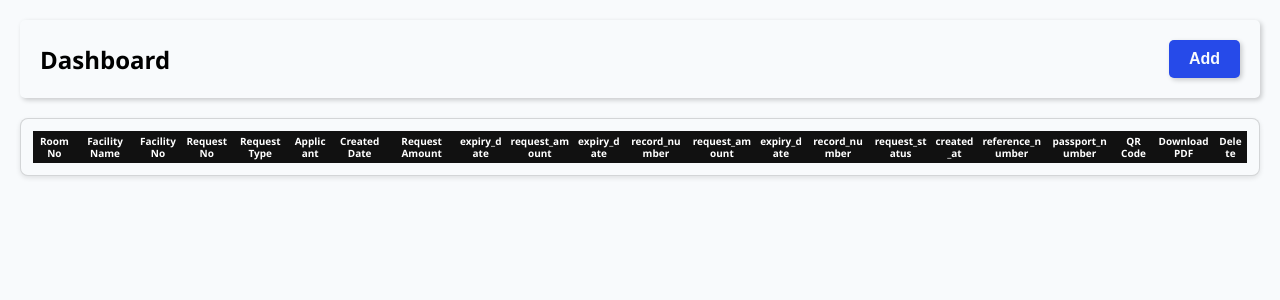
Repository: irfan-shah-sherani/Travel-Tour
Page: public/index.html
These files come from the project's save history. The page is drawn as it stood at one moment and after a run of saves; the edit follows.
The browser window is 1280 px wide. The pictures show the whole page.
The page's requests for data from a server got no answer.

Above is the page before, as saved 2025-07-11 04:59:45.

After the next 2 saves:
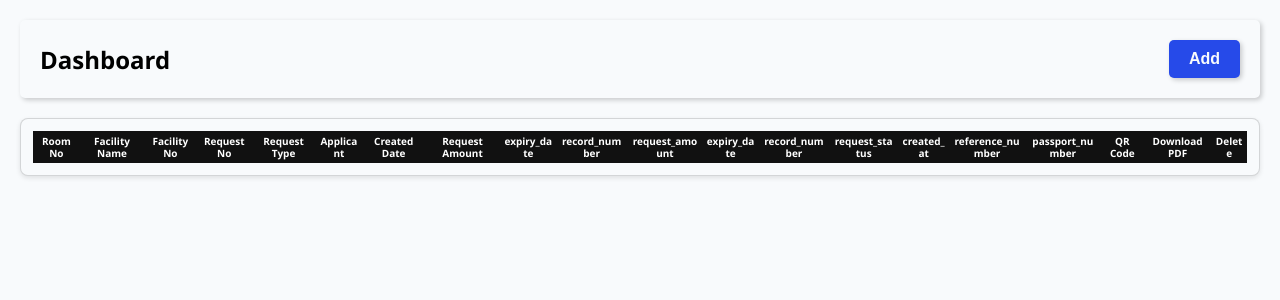
The 2 saves are shown as one change because they came seconds apart.
The last was saved 26 s later.
--- a/public/index.html
+++ b/public/index.html
@@ -43,8 +43,7 @@
           <th>Created Date</th>
           <th>Request Amount</th>
           <th>expiry_date</th>
-          <th>request_amount </th>
-          <th>expiry_date</th>
+
           <th>record_number</th>
           <th>request_amount</th>
           <th>expiry_date</th>
